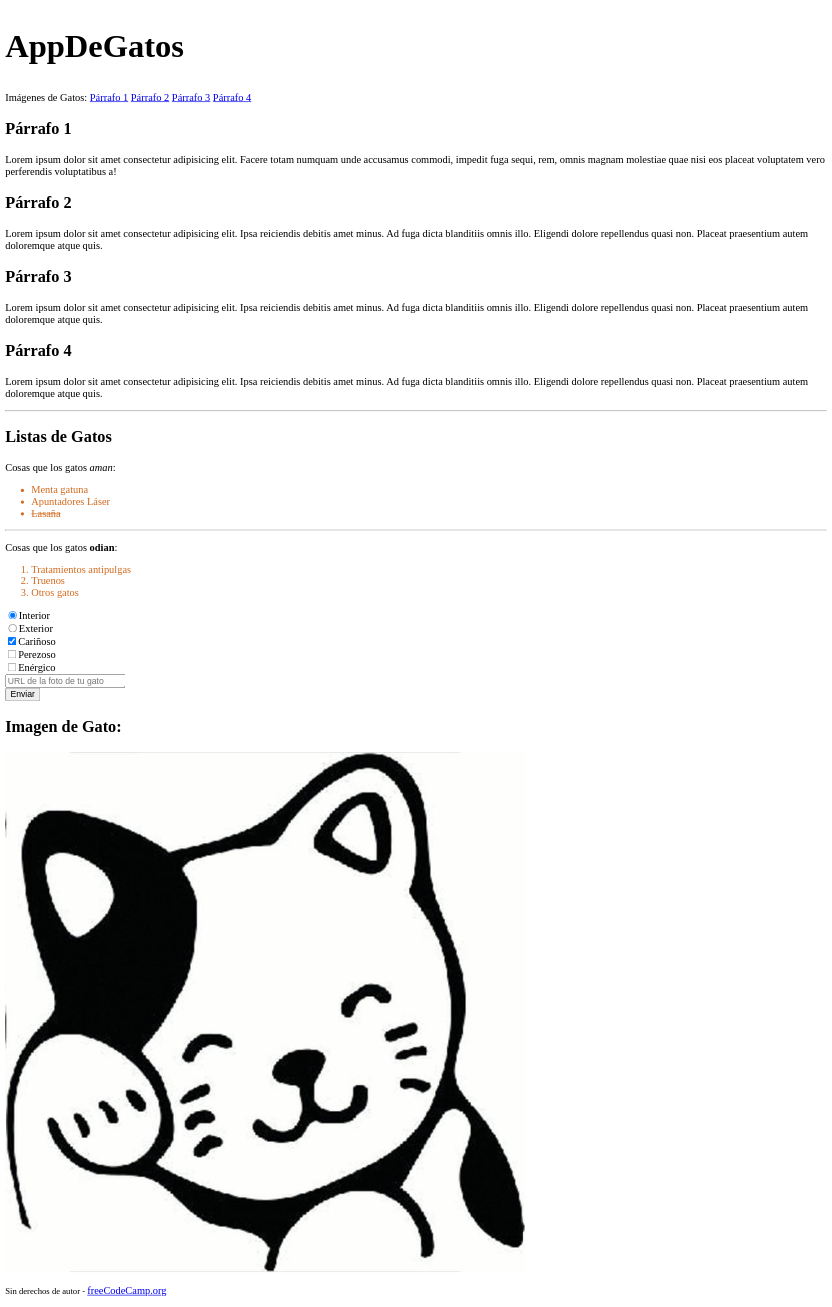
Repository: pedro-donoso/curso-html---css
Page: index.html
An editor plug-in stored every save of this project. The page is shown before and after the next save, followed by the edit.
The browser window is 1280 px wide. The pictures show the whole page, at 65% of full size.

Above is the page before, as saved 2023-11-14 01:40:22.

### index.html
<!DOCTYPE html>
<html lang="es">

<head>
  <meta charset="UTF-8">
  <meta name="viewport" content="width=device-width, initial-scale=1.0">
  <title>AppDeGatos</title>
  <link rel="stylesheet" href="./style.css">
</head>

<body>
  <h2>AppDeGatos</h2>
  <main
    <h3>Imágenes de Gatos:</h3>

    <a href="#parrafo-1">Párrafo 1</a>
    <a href="#parrafo-2">Párrafo 2</a>
    <a href="#parrafo-3">Párrafo 3</a>
    <a href="#parrafo-4">Párrafo 4</a>

    <h3 id="parrafo-1">Párrafo 1</h3>

    <p>Lorem ipsum dolor sit amet consectetur adipisicing elit. Facere totam numquam unde accusamus commodi, impedit
      fuga sequi, rem, omnis magnam molestiae quae nisi eos placeat voluptatem vero perferendis voluptatibus a!</p>

    <h3 id="parrafo-2">Párrafo 2</h3>

    <p>Lorem ipsum dolor sit amet consectetur adipisicing elit. Ipsa reiciendis debitis amet minus. Ad fuga dicta
      blanditiis omnis illo. Eligendi dolore repellendus quasi non. Placeat praesentium autem doloremque atque quis.</p>

    <h3 id="parrafo-3">Párrafo 3</h3>

    <p>Lorem ipsum dolor sit amet consectetur adipisicing elit. Ipsa reiciendis debitis amet minus. Ad fuga dicta
      blanditiis omnis illo. Eligendi dolore repellendus quasi non. Placeat praesentium autem doloremque atque quis.</p>

    <h3 id="parrafo-4">Párrafo 4</h3>

    <p>Lorem ipsum dolor sit amet consectetur adipisicing elit. Ipsa reiciendis debitis amet minus. Ad fuga dicta
      blanditiis omnis illo. Eligendi dolore repellendus quasi non. Placeat praesentium autem doloremque atque quis.</p>

    <hr>

    <h3>Listas de Gatos</h3>

    <div>
      <p>Cosas que los gatos <em>aman</em>:</p>
      <ul class="lista-de-gatos">
        <li>Menta gatuna</li>
        <li>Apuntadores Láser</li>
        <li><s>Lasaña</s></li>
      </ul>

      <hr>

      <p>Cosas que los gatos <strong>odian</strong>:</p>
      <ol class="lista-de-gatos">
        <li>Tratamientos antipulgas</li>
        <li>Truenos</li>
        <li>Otros gatos</li>
      </ol>
    </div>


    <form action="/enviar-respuesta">

      <!-- botones de radio -->
      <label for="interior">
        <input type="radio" value="interior" id="interior" name="interior-exterior" checked>Interior </label>

      <br>

      <label for="exterior"><input type="radio" value="exterior" id="exterior" name="interior-exterior">Exterior</label>

      <br>

      <!-- casilla de verificación -->
      <label for="carinoso"> <input type="checkbox" name="personalidad id=" carinoso" checked>Cariñoso</label>

      <br>

      <label for="perezoso"><input type="checkbox" name="personalidad" id="perezoso">Perezoso</label>

      <br>

      <label for="energico"><input type="checkbox" name="personalidad" id="energico">Enérgico</label>

      <br>

      <!-- texto y boton enviar -->
      <input type="text" placeholder="URL de la foto de tu gato" required>

      <br>

      <button type="submit">Enviar</button>
    </form>

    <h3>Imagen de Gato:</h3>
    <a href="https://www.freecodecamp.org/espanol/" target="_blank" rel="noopener noreferrer"><img
        src="./assets/img/gato.jpg" alt="gato"></a>

  </main>

  <footer>
    <p><small>Sin derechos de autor - <a href="https://www.freecodecamp.org/español/"></small>freeCodeCamp.org</a></p>
  </footer>

</body>

</html>

### style.css
.lista-de-gatos {
  color: chocolate;
}

h2 {
  font-size: 50px;
}

h3 {
  font-size: 25px;
}

p,  {
  font-size: 20px;
}

After the next save:
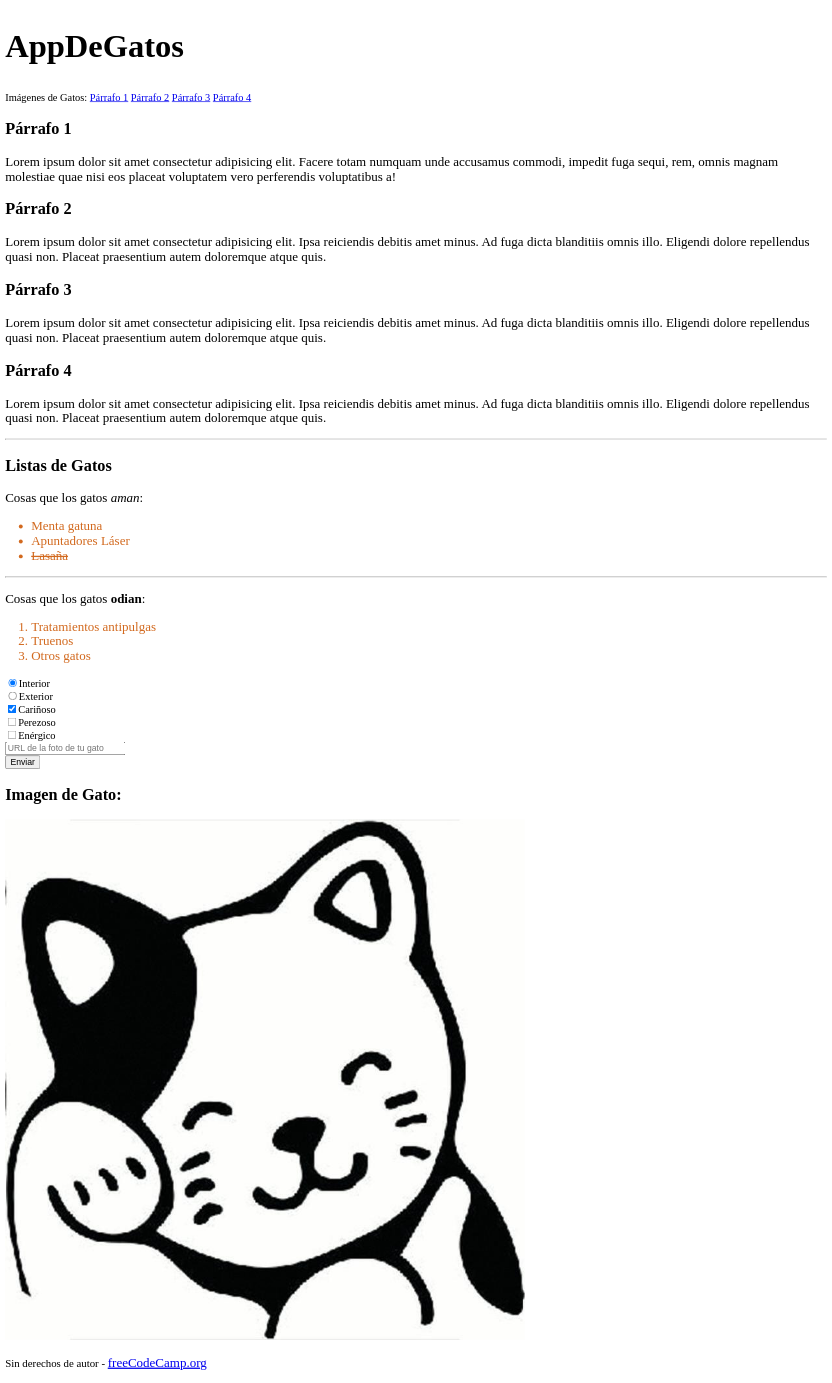
Saved 4 s later.
--- a/style.css
+++ b/style.css
@@ -10,6 +10,6 @@
   font-size: 25px;
 }
 
-p,  {
+p, ul, ol {
   font-size: 20px;
 }
